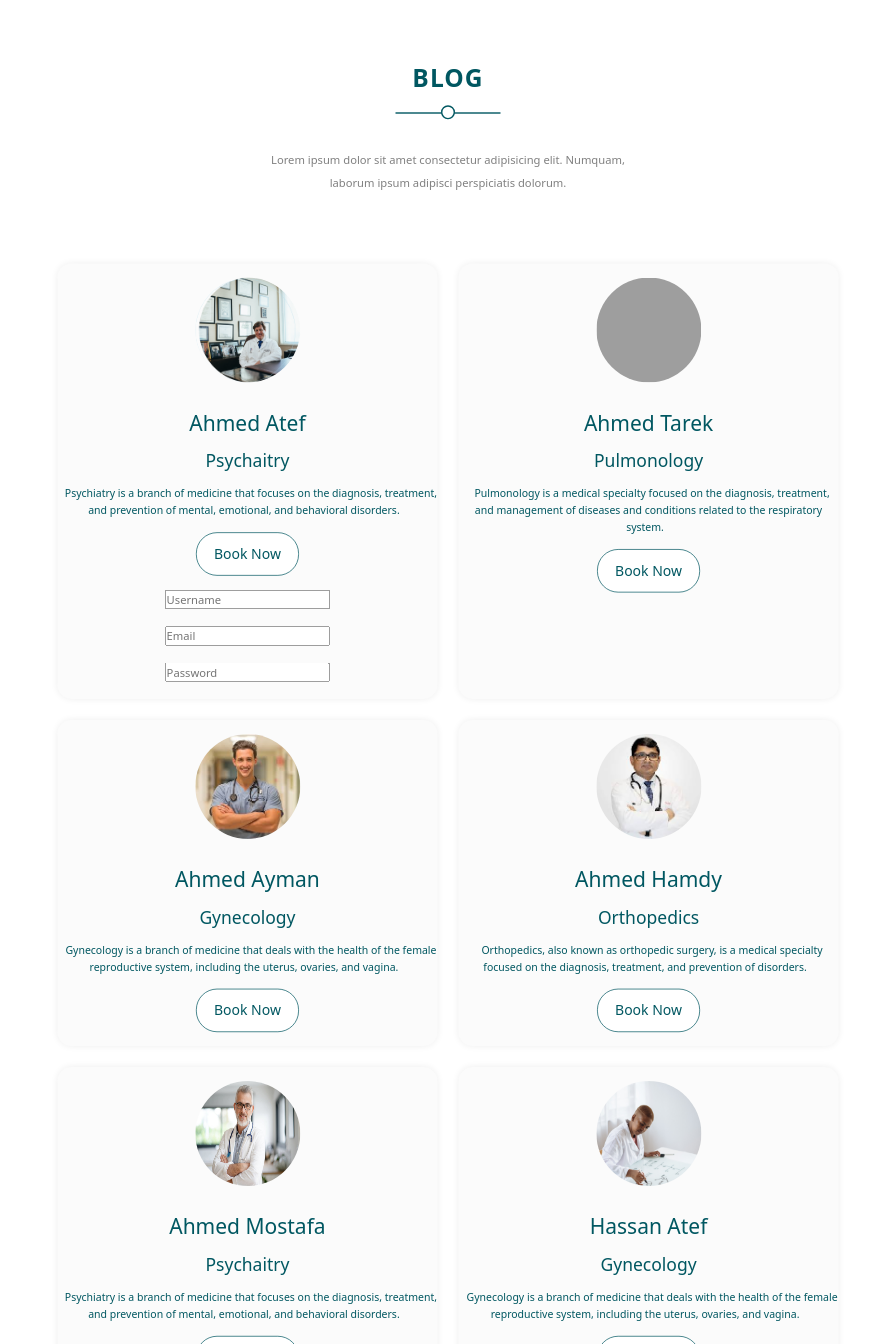
Repository: Ahmed123rezk123/Clinic
Page: index.html
An editor plug-in stored every save of this project. The page is shown before and after the next save, followed by the edit.
The browser window is 1280 px wide. The pictures show the part of the page from y = 2248 to 4168 px (the page is 6171 px tall), at 70% of full size.
Pictures or frames that could not be fetched are drawn as grey boxes. Some web fonts or font styles are not loaded; a fallback is used.

Above is the page before, as saved 2024-04-26 18:12:44.

### index.html
<!DOCTYPE html>
<html lang="en">
  <head>
    <meta charset="UTF-8" />
    <meta name="viewport" content="width=device-width, initial-scale=1.0" />
    <title>Clinic</title>
    <!-- Render All Elements Normally -->
    <link rel="stylesheet" href="css/normalize.css" />
    <!-- Font Awesome Library -->
    <link rel="stylesheet" href="css/all.min.css" />
    <!-- Main Temlate css file -->
    <link rel="stylesheet" href="css/style.css" />
    <!-- Google Fonts -->
    <link rel="preconnect" href="https://fonts.googleapis.com" />
    <link rel="preconnect" href="https://fonts.gstatic.com" crossorigin />
    <link
      href="https://fonts.googleapis.com/css2?family=Edu+TAS+Beginner:wght@500&family=Open+Sans:wght@400;700&display=swap"
      rel="stylesheet"
    />
    <link href="https://cdn.jsdelivr.net/npm/bootstrap@5.3.2/dist/css/bootstrap.min.css" rel="stylesheet">
  </head>
  <body>
    <!-- Start Header -->
    <header>
      <div class="container" id="top">
        <a href="#" class="logo">
          <img src="images/logo.svg" alt="Logo" />
        </a>
        <nav>
          <i class="fas fa-bars menu"></i>
          <ul>
            <li><a href="#" class="active">Home</a></li>
            <li><a href="#">Services</a></li>
            <li><a href="#">Doctors</a></li>
            <li><a href="#">Blog</a></li>
            <li><a href="#">Contact</a></li>
          </ul>
          <div class="form">
            <i class="fas fa-search"></i>
          </div>
        </nav>
      </div>
    </header>
    <!-- End Header -->
    <!-- Start Landing -->
    <section class="landing">
      <div class="overlay">
        <div class="text">
          <div class="content">
            <h2>
              Welcome To Doclab<br />
              We get will soon
            </h2>
            <p>
              The new Doclab Hydro Renewal Ampoule is the latest K-Beauty secret
              of skin renewal and revitalization invention.
            </p>
          </div>
        </div>
        <img class="img-doctor" src="images/hero-banner.png" alt="" />
      </div>
      <i class="fas fa-angle-left icon1 fa-2x"></i>
      <i class="fas fa-angle-right icon2 fa-2x"></i>
      <ul class="bullets">
        <li></li>
        <li class="active"></li>
        <li></li>
      </ul>
    </section>
    <!-- End Landing -->
    <!-- Start Services -->
    <section class="services">
      <div class="container">
        <div class="main-content">
          <h2>Services</h2>
          <p>
            The new Doclab Hydro Renewal Ampoule is the latest K-Beauty secret
            of skin renewal and revitalization.
          </p>
        </div>
        <div class="services-content">
          <div class="div-content">
            <img src="images/icon-1.png" alt="" />
            <div class="text">
              <h2>Psychaitry</h2>
              <p>
                Psychiatry is a branch of medicine that focuses on the
                diagnosis, treatment, and prevention of mental, emotional, and
                behavioral disorders.
              </p>
            </div>
          </div>
          <div class="div-content">
            <img src="images/icon-2.png" alt="" />
            <div class="text">
              <h2>Gynecology</h2>
              <p>
                Gynecology is a branch of medicine that deals with the health of
                the female reproductive system, including the uterus, ovaries,
                and vagina.
              </p>
            </div>
          </div>
          <div class="div-content">
            <img src="images/icon-3.png" alt="" />
            <div class="text">
              <h2>Pulmonology</h2>
              <p>
                Pulmonology is a medical specialty focused on the diagnosis,
                treatment, and management of diseases and conditions related to
                the respiratory system.
              </p>
            </div>
          </div>
          <div class="div-content">
            <img src="images/icon-4.png" alt="" />
            <div class="text">
              <h2>Orthopedics</h2>
              <p>
                Orthopedics, also known as orthopedic surgery, is a medical
                specialty focused on the diagnosis, treatment, and prevention of
                disorders.
              </p>
            </div>
          </div>
        </div>
      </div>
    </section>
    <!-- End Services -->
    <!-- Start Design -->
    <section class="design">
      <div class="overlay">
        <div class="image">
          <!-- <img src="images/mobile.png" alt="" /> -->
        </div>
        <div class="text">
          <div class="content">
            <h2>Doctors Are Doing As Team . . .</h2>
            <div class="div-icon">
              <div class="div-content">
                <img src="images/icon-1.png" alt="" />
                <span>Dr: Ahmed Atef</span>
              </div>
              <div class="div-content">
                <img src="images/icon-2.png" alt="" />
                <span>Dr: Ahmed Ayman</span>
              </div>
              <div class="div-content">
                <img src="images/icon-3.png" alt="" />
                <span>Dr: Ahmed Mostafa</span>
              </div>
              <div class="div-content">
                <img src="images/icon-4.png" alt="" />
                <span>Dr: Ahmed Hamdy</span>
              </div>
            </div>
          </div>
        </div>
      </div>
    </section>
    <!-- End Design -->

    <!-- Start Princing -->
    <script>
      function book(){
        document.write("<form>")
          document.write("<input type=text placeholder=Username> <br/><br/>")
          document.write("<input type=email placeholder=Email><br/><br/>")
          document.write("<input type=password placeholder=Password><br/><br/>")
          document.write("<input type=submit value=submit><br/>")
        document.write("</form>")
      }
    </script>

    <div class="princing">
      <div class="container">
        <div class="main-content">
          <h2>Blog</h2>
          <p>
            Lorem ipsum dolor sit amet consectetur adipisicing elit. Numquam,
            laborum ipsum adipisci perspiciatis dolorum.
          </p>
        </div>
        <div class="content">
        <div class="box">
          <div class="image">
            <img src="images/health-care.png" alt="">
          </div>
          <div class="text">
            <h2>Ahmed Atef</h2>
            <h4>Psychaitry</h4>
            <span>Psychiatry is a branch of medicine that focuses on the diagnosis, treatment, and prevention of mental, emotional, and behavioral disorders.</span>
          </div>
          <button onclick="book();">Book Now</button>
          <div class="formation">
            <form>
              <input type="text" placeholder="Username">
              <br>
              <br>
              <input type="email" placeholder="Email">
              <br><br>
              <input type="password" placeholder="Password">
              <br><br>

            </form>
          </div>
        </div>
        <div class="box">
          <div class="image">
            <img src="images/images (1).jfif" alt="">
          </div>
          <div class="text">
            <h2>Ahmed Tarek</h2>
            <h4>Pulmonology</h4>
            <span>Pulmonology is a medical specialty focused on the diagnosis, treatment, and management of diseases and conditions related to the respiratory system.</span>
          </div>
          <button>Book Now</button>
        </div>
        <div class="box">
          <div class="image">
            <img src="images/images (2).jfif" alt="">
          </div>
          <div class="text">
            <h2>Ahmed Ayman</h2>
            <h4>Gynecology</h4>
            <span>Gynecology is a branch of medicine that deals with the health of the female reproductive system, including the uterus, ovaries, and vagina.</span>
          </div>
          <button>Book Now</button>
        </div>
        <div class="box">
          <div class="image">
            <img src="images/images.jfif" alt="">
          </div>
          <div class="text">
            <h2>Ahmed Hamdy</h2>
            <h4>Orthopedics</h4>
            <span>Orthopedics, also known as orthopedic surgery, is a medical specialty focused on the diagnosis, treatment, and prevention of disorders.</span>
          </div>
          <button>Book Now</button>
        </div>
        <div class="box">
          <div class="image">
            <img src="images/doc.jpg" alt="">
          </div>
          <div class="text">
            <h2>Ahmed Mostafa</h2>
            <h4>Psychaitry</h4>
            <span>Psychiatry is a branch of medicine that focuses on the diagnosis, treatment, and prevention of mental, emotional, and behavioral disorders.</span>
          </div>
          <button>Book Now</button>
        </div>
        <div class="box">
          <div class="image">
            <img src="images/laboratories.png" alt="">
          </div>
          <div class="text">
            <h2>Hassan Atef</h2>
            <h4>Gynecology</h4>
            <span>Gynecology is a branch of medicine that deals with the health of the female reproductive system, including the uterus, ovaries, and vagina.</span>
          </div>
          <button>Book Now</button>
        </div>
        </div>
        <p class="parag-content">Contact us if you have special request</p>
        <a href="#" class="lnk">Contact Us</a>
      </div>
    </div>
    <!-- End Princing -->

    <!-- Start Subscribe -->
    <div class="subscribe">
      <div class="container">
        <form action="">
          <i class="far fa-envelope"></i>
          <input type="email" name="mail" placeholder="Your Email" />
          <input type="submit" value="Subscribe" />
        </form>
        <p>
          Curabitur arcu erat, accumsan id imperdiet et, porttitor at sem.
          Mauris blan dit aliquet elit, eget tincidunt.
        </p>
      </div>
    </div>
    <!-- End Subscribe -->
    <!-- Start CONTACT US -->

    <div class="contact">
      <div class="container">
        <div class="main-content">
          <h2>contact us</h2>
          <p>
            Lorem ipsum dolor sit amet consectetur adipisicing elit. Numquam,
            laborum ipsum adipisci perspiciatis dolorum.
          </p>
        </div>
        <div class="content">
          <form action="">
            <input
              class="inp"
              type="text"
              name="name"
              placeholder="Your Name"
            />
            <input
              class="inp"
              type="email"
              name="mail"
              placeholder="Your Email"
            />
            <textarea
              class="inp"
              name="message"
              placeholder="Your Message"
            ></textarea>
            <input type="submit" value="Send Message" />
          </form>
          <div class="text">
            <h4>GET IN TOUCH</h4>
            <span class="phone">+00 123.456.789</span>
            <span class="phone">+00 123.456.789</span>

            <h4>WHERE WE ARE</h4>
            <ul>
              <li>Awesome Address 17</li>
              <li>New York, NYC</li>
              <li>123-4567-890</li>
              <li>USA</li>
            </ul>
          </div>
        </div>
      </div>
    </div>
    <!-- End CONTACT US -->

    <!-- Start Footer -->
    <div class="footer">
      <div class="container">
        <img src="images/logo.svg" alt="Logo" />
        <div class="text">
          <h2>We Are Social</h2>
          <a href="#"><i class="fab fa-facebook-f"></i></a>
          <a href="#"><i class="fab fa-twitter"></i></a>
          <a href="#"> <i class="fas fa-home"></i></a>
          <a href="#"><i class="fab fa-linkedin"></i></a>
        </div>
        <p>&copy; 2024 <span>Clinic</span> All Right Reserved</p>
      </div>
    </div>
    <!-- End Footer -->
    <a href="#top" class="up"><i class="fas fa-arrow-up"></i></a>
  </body>
</html>

Loaded but not shown: css/normalize.css (library); css/all.min.css (library); css/style.css (853 lines, source omitted)

After the next save:
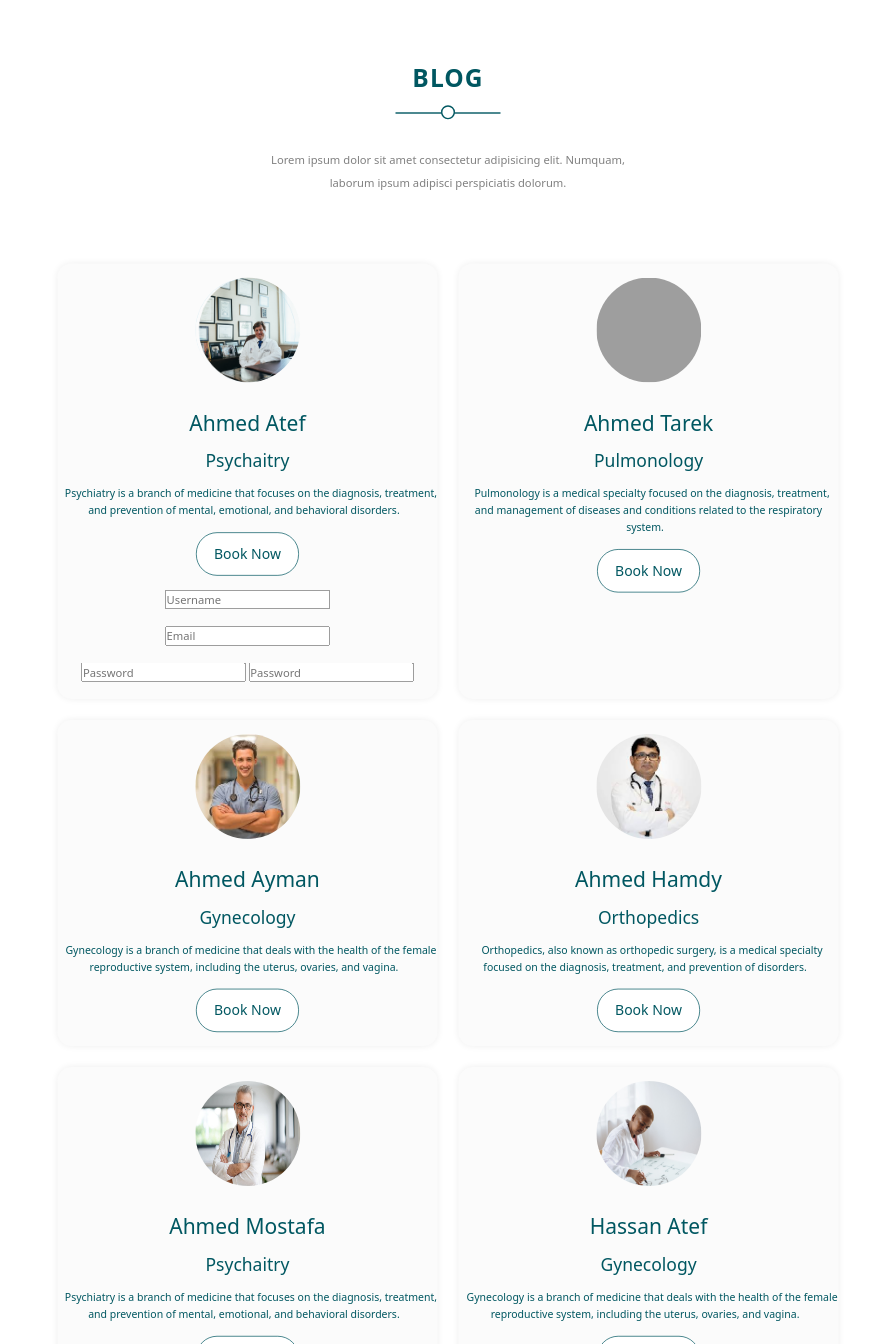
Saved 10 s later.
--- a/index.html
+++ b/index.html
@@ -200,6 +200,7 @@
               <input type="email" placeholder="Email">
               <br><br>
               <input type="password" placeholder="Password">
+              <input type="password" placeholder="Password">
               <br><br>
 
             </form>
